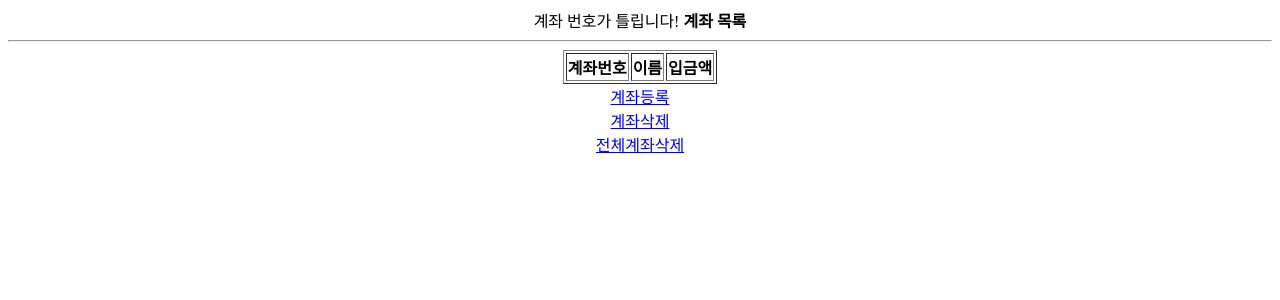
Repository: GDandTOP/JavaStudy
Page: http://localhost/AccExam/ex3/error.jsp
The author's editor kept a copy of each file at every save. The page is drawn from the files as they stood at one save, then again after the next save.
The browser window is 1280 px wide. The pictures show the whole page.
The page is served by Tomcat 9.

Above is the page before, as saved 2023-01-26 04:39:12.

After the next save:
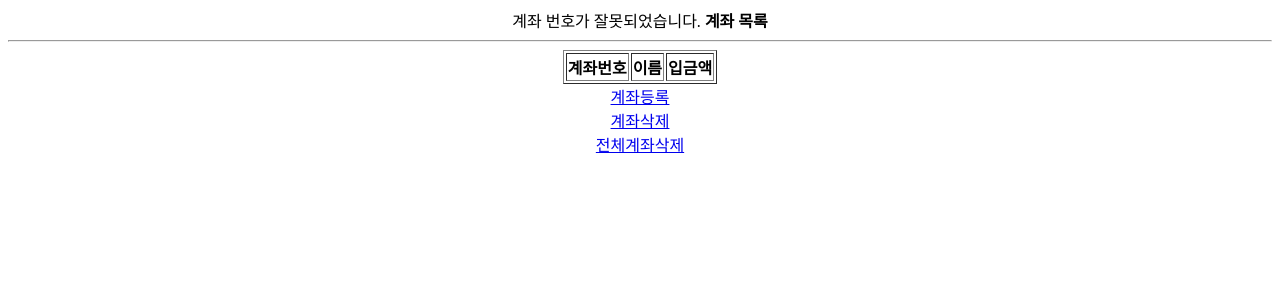
Saved 7 s later.
--- a/jsptest/AccExam/src/main/webapp/ex3/error.jsp
+++ b/jsptest/AccExam/src/main/webapp/ex3/error.jsp
@@ -14,7 +14,7 @@
 </head>
 <body>
 <center>
-계좌 번호가 틀립니다!
+계좌 번호가 잘못되었습니다.
 <b>계좌 목록</b><hr>
 <table border="1">
 	<tr>
